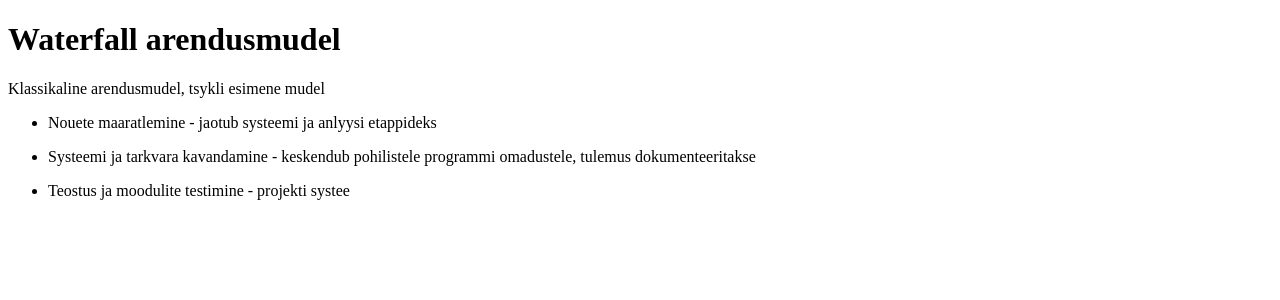
Repository: annemariv/Targe24
Page: elutsykkel/waterfall.html
The author's editor kept a copy of each file at every save. The page is drawn from the files as they stood at one save, then again after a run of saves.
The browser window is 1280 px wide. The pictures show the whole page.

Above is the page before, as saved 2024-11-06 18:45:00.

### elutsykkel/waterfall.html
<!DOCTYPE html>
<html lang="en">
<head>
    <meta charset="UTF-8">
    <meta name="viewport" content="width=device-width, initial-scale=1.0">
    <title>Waterfall arendusmudel</title>
</head>
<body>
    <p>
        <!--pealkiri-->
        <!--kirjeldus oma sonadega-->
        <!--etappide tapsem kirjeldus-->
        <!--visuaalne joonis-->
        <!--tabel, mis loetleb head ja vead ()-->
    </p>
    <h1>Waterfall arendusmudel</h1>
    <p>Klassikaline arendusmudel, tsykli esimene mudel</p>
    <ul>
        <li>
            <p>Nouete maaratlemine - jaotub systeemi ja anlyysi etappideks</p>
        </li>
        <li>
            <p>Systeemi ja tarkvara kavandamine - keskendub pohilistele programmi omadustele, tulemus dokumenteeritakse</p>
        </li>
        <li>
            <p>Teostus ja moodulite testimine - projekti systee</p>
        </li>
    </ul>
</body>
</html>

After the next 3 saves:
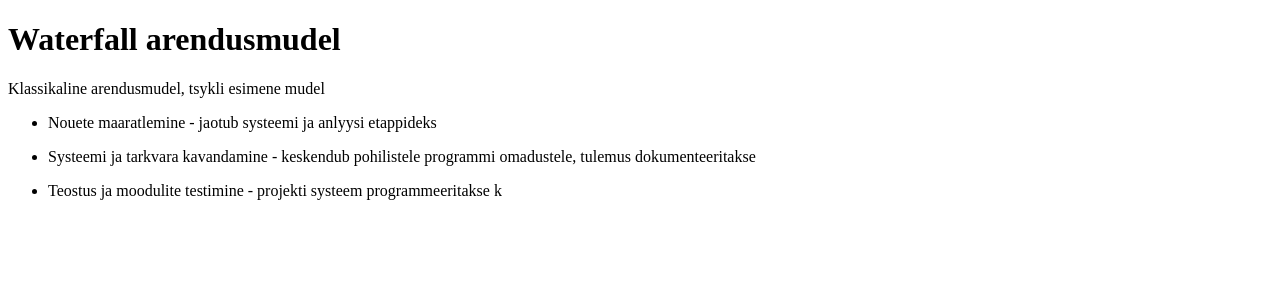
The 3 saves are shown as one change because they came seconds apart.
The last was saved 8 s later.
--- a/elutsykkel/waterfall.html
+++ b/elutsykkel/waterfall.html
@@ -23,7 +23,7 @@
             <p>Systeemi ja tarkvara kavandamine - keskendub pohilistele programmi omadustele, tulemus dokumenteeritakse</p>
         </li>
         <li>
-            <p>Teostus ja moodulite testimine - projekti systee</p>
+            <p>Teostus ja moodulite testimine - projekti systeem programmeeritakse k</p>
         </li>
     </ul>
 </body>
